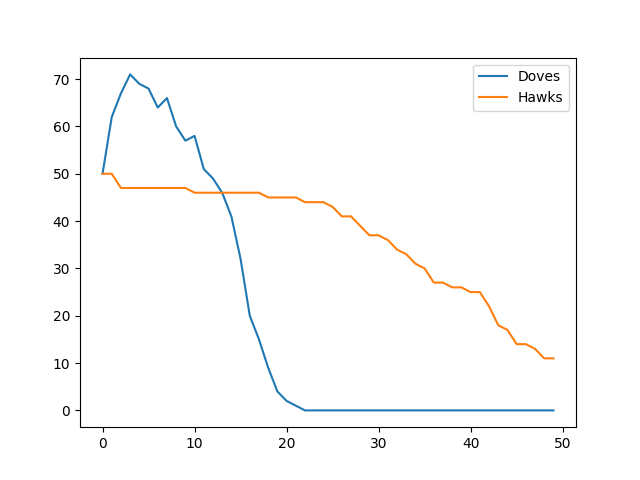
Repository: PatLaCisay/python-hawkdove-master
Script's output: python hawkdove.py
These files come from the project's save history. The script's output is drawn as it stood at one moment and after the next save; the edit follows.
Random numbers start from a fixed seed.

Above is the script's output before, as saved 2023-03-07 15:09:16.

After the next save:
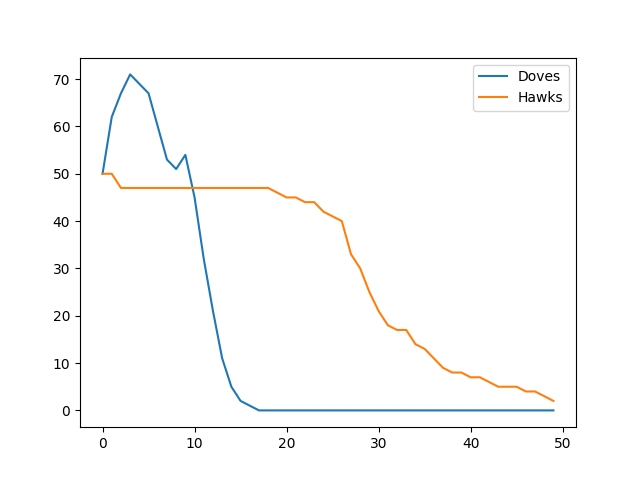
Saved 20 s later.
--- a/hawkdove.py
+++ b/hawkdove.py
@@ -13,9 +13,9 @@ STARTING_ENERGY = 100
 MIN_FOOD_PER_ROUND = 40
 MAX_FOOD_PER_ROUND = 70
 
-ENERGY_REQUIRED_FOR_REPRODUCTION = 40
+ENERGY_REQUIRED_FOR_REPRODUCTION = 35
 ENERGY_LOSS_FROM_FIGHTING = 50
-ENERGY = 1
+ENERGY = 3
 
 ENERGY_REQUIRED_FOR_LIVING = 10
 
